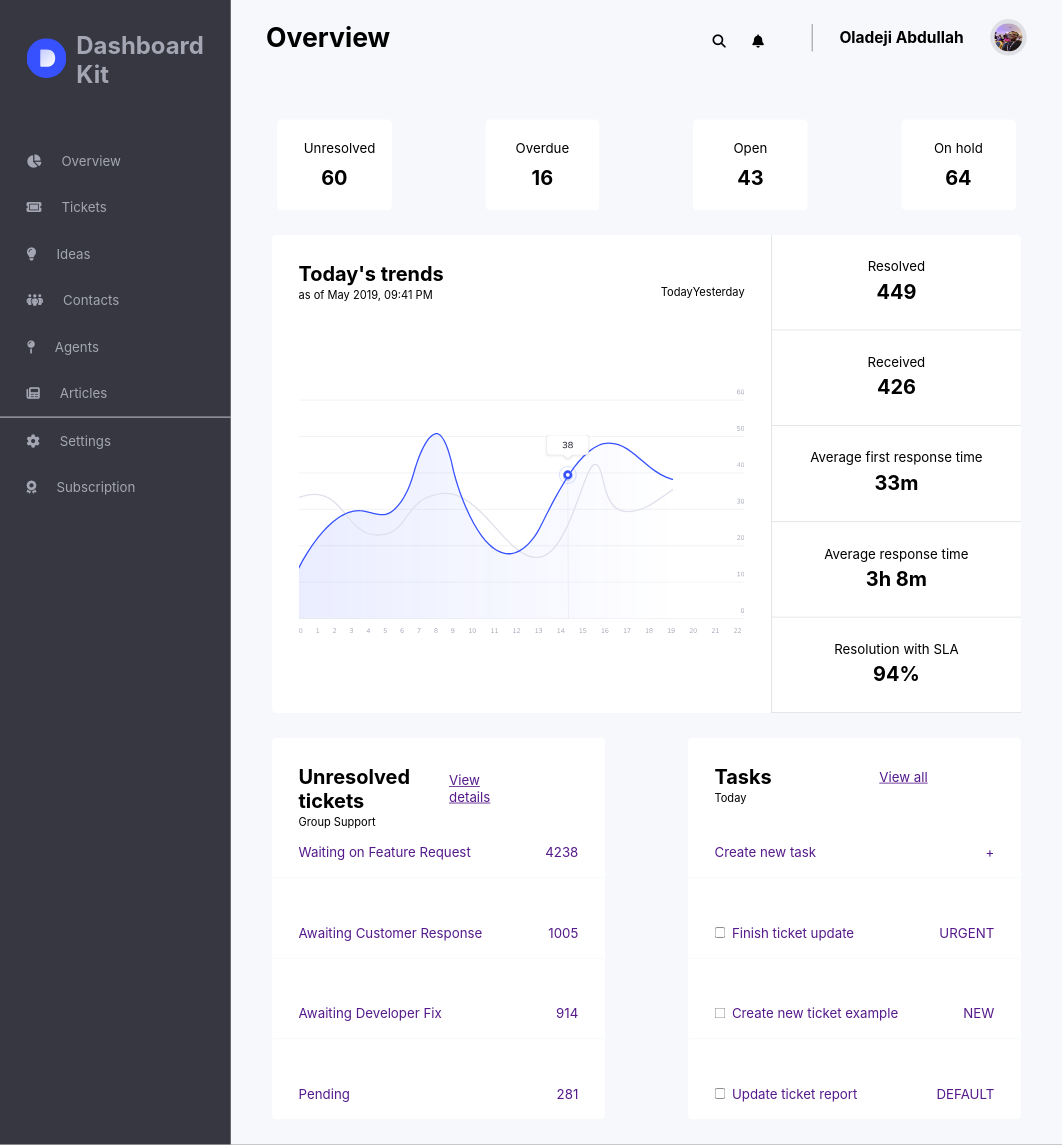
Repository: BuduCE/dashboard
Page: /
An editor plug-in stored every save of this project. The page is shown before and after the next save, followed by the edit.
The browser window is 1280 px wide. The pictures show the whole page, at 83% of full size.
Some web libraries are served in a nearby version. The project was rebuilt for these pictures with package versions that can differ from the ones it lists, and the page was loaded fresh each time. Also part of the build but not shown: src/components/common/Logo/styles.css.

Above is the page before, as saved 2022-08-06 00:25:35.

After the next save:
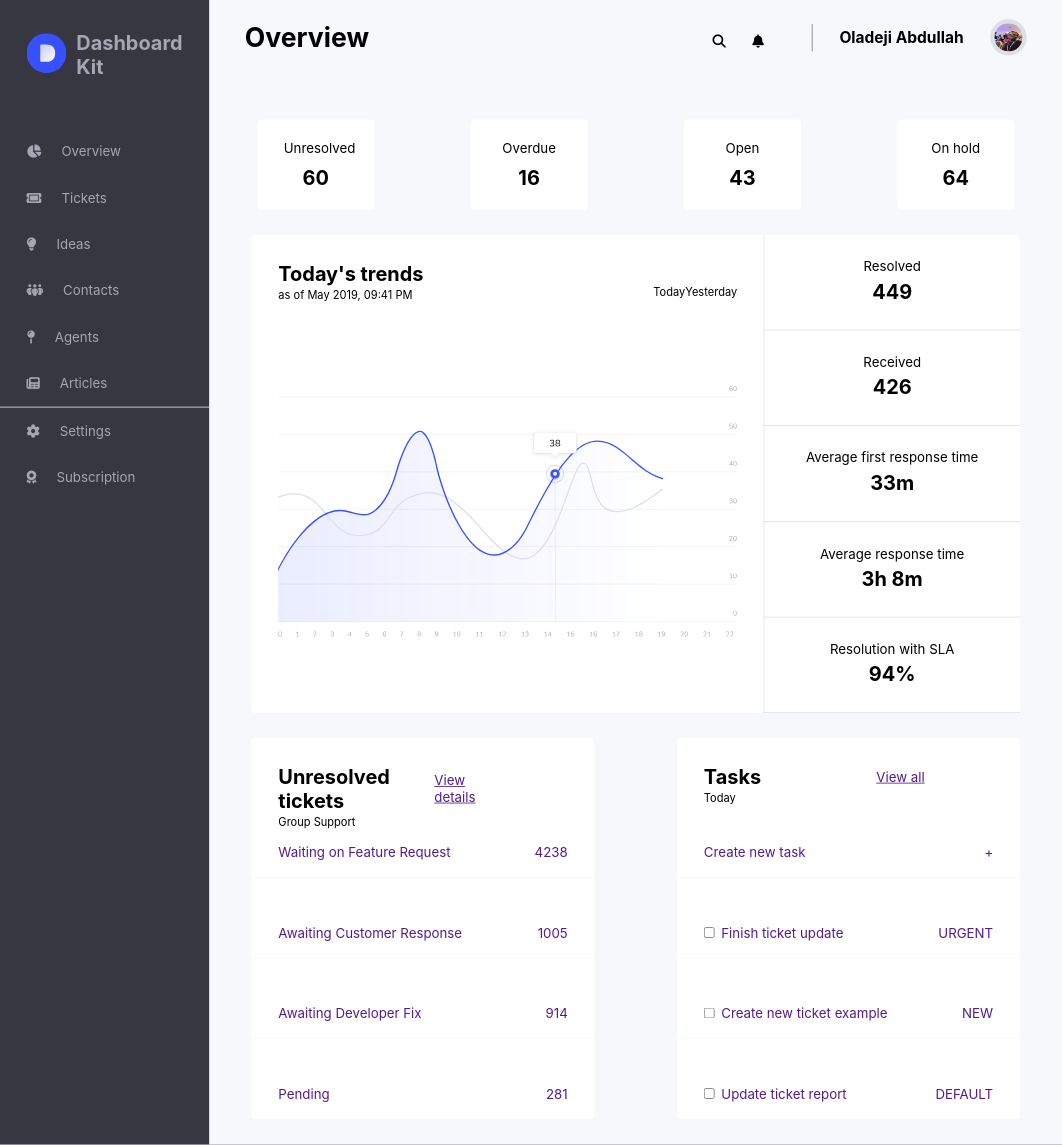
Saved 2 min 3 s later.
--- a/src/components/common/SideNav/styles.css
+++ b/src/components/common/SideNav/styles.css
@@ -14,7 +14,7 @@
 }
 .logo h1{
     margin-left: 12px;
-    font-size: 1.8rem;
+    font-size: 1.5rem;
 }
 .heading{
     width: 100%;
